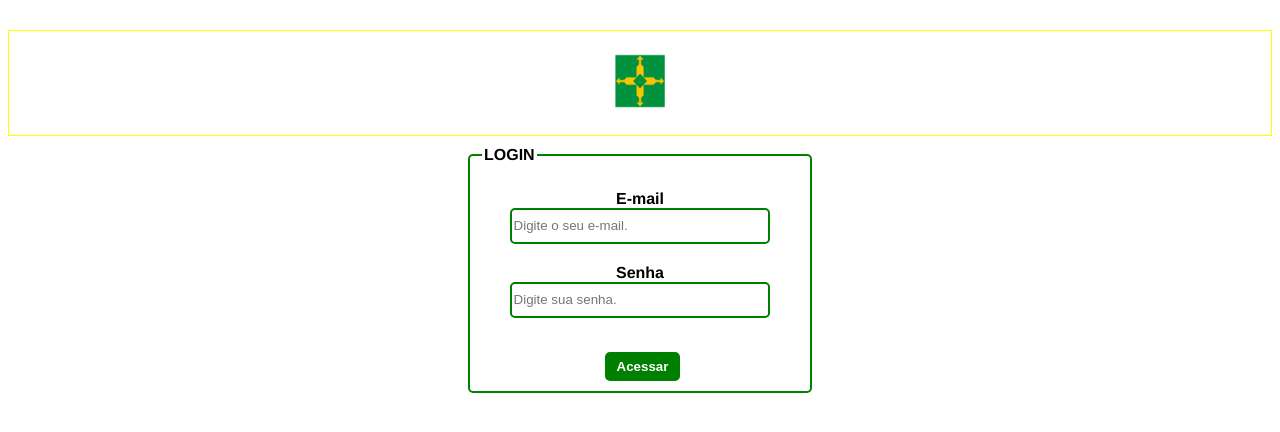
Repository: eduardo-r-jesus/Projeto_Centro_Cirurgico
Page: http://localhost/centro_cirurgico_web/formLogin.jsp
An editor plug-in stored every save of this project. The page is shown before and after the next save, followed by the edit.
The browser window is 1280 px wide. The pictures show the whole page.
The page is served by Tomcat 9. Other server files are loaded and not shown.

Above is the page before, as saved 2021-09-05 20:48:45.

### centro_cirurgico_web/src/main/webapp/formLogin.jsp
<%@ page language="java" contentType="text/html; charset=UTF-8"
	pageEncoding="UTF-8"%>
<!DOCTYPE html>
<html>
<head>
<meta charset="UTF-8">
<title>Login</title>
<meta name="viewport" content="width=device-width, initial-scale=1">

<link rel="stylesheet" href="css/estilo.css">
</head>
<body>
	<div class="imag">
	<img src="img/Bandeira_do_Distrito_Federal_Brasil.png" alt="Bandeira do Distrito Federal" height="100px">
	</div>



	<div class="container">
		<fieldset>
			<legend>LOGIN</legend>
			<form action="loginservlet" method="post">

			<div class="texto">
			<label for="email">E-mail</label>
			<input type="email" class="larguraTexto" id="email" name="email" autocomplete="off"
				required="required" placeholder="Digite o seu e-mail.">
			</div>
			<div class="texto">
			<label for="senha">Senha</label>
			<input type="password"class="larguraTexto" id="senha" name="senha"
			required="required" placeholder="Digite sua senha.">
			</div>

			<div class="centro">
			<input type="submit" class="bt" value="Acessar">
			</div>

			</form>
		</fieldset>

		<%
		String erro = request.getParameter("erro");
		if(erro != null){
		%>

		<script type="text/javascript">

		alert("E-mail ou senha não encontrados!");

		</script>

		<%
		}
		%>

	</div>

</body>
</html>

### centro_cirurgico_web/src/main/webapp/css/estilo.css

fieldset{
    width: 25%;
    height: 100%;
    margin: auto;
    border: 2px solid green;
    border-radius: 5px;
    margin-top: 10px;
}

legend{
   font-family: Helvetica, sans-serif;
   font-size: 16px;
   font-weight: bold;
}

.texto{
   margin-top: 20px;
   margin-bottom:10px;
   text-align: center;
   font-family: Helvetica, sans-serif;
   font-size: 16px;
   font-weight: bold;
}

input[type=email], input[type=password]{
    border: 2px solid green;
    border-radius: 5px;
}

input[type=email]:focus, input[type=password]:focus{
    background-color: #ffef01;
    border: 2px solid green;
}

.larguraTexto{
	height: 30px;
    display: block;
    width: 80%;
    margin: auto;
    margin-bottom: 10px;

}

.centro{
	text-align: center;
	margin-top: 30px;
}

.imag{
	text-align: center;
	margin-top: 30px;
	border: solid 1px;
	color:yellow;
}

.bt{
    border: 2px solid green;
    border-radius: 5px;
    background-color: green;
    color: #FFF;
    padding: 5px 10px;
    font-weight: bold;
    text-decoration: none;
    margin-top: 4px;
    margin-left: 5px;
}

.bt:hover{
    background-color: #FFF;
    color: green;
    cursor: pointer;
}

 ul{
    background-color: green;
    list-style-type: none;
    margin: 0;
    padding: 0;
    overflow: hidden;
}

li{
    float: left;
}

li a {
	display: inline-block;
    color:#FFF;
    padding: 16px;
    display: block;
    text-align: center;
    text-decoration: none;
}

li a:hover{
    background-color: yellow;
    color:#FFF;
    text-decoration: none;
}

After the next save:
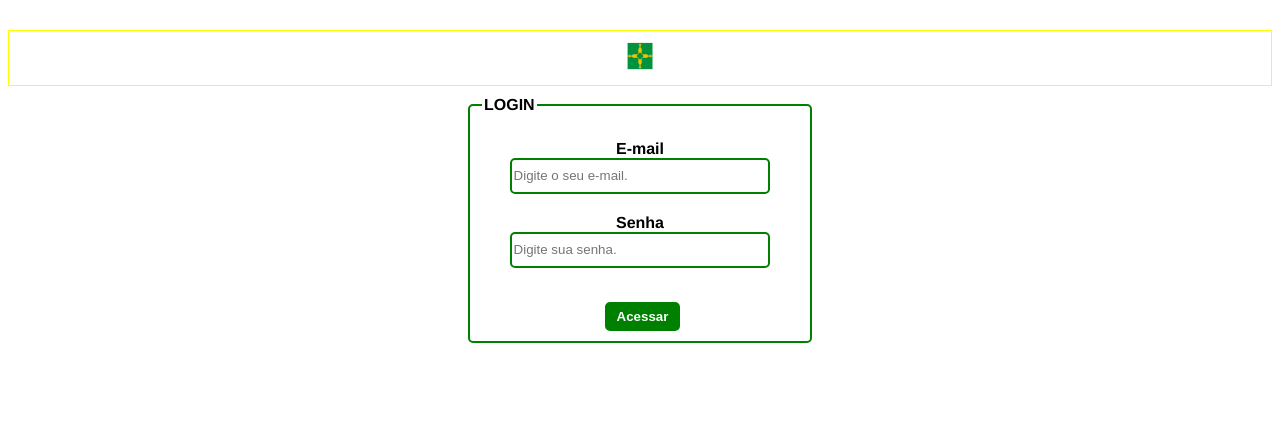
Saved 6 min 8 s later.
--- a/centro_cirurgico_web/src/main/webapp/formLogin.jsp
+++ b/centro_cirurgico_web/src/main/webapp/formLogin.jsp
@@ -11,7 +11,7 @@
 </head>
 <body>
 	<div class="imag">
-	<img src="img/Bandeira_do_Distrito_Federal_Brasil.png" alt="Bandeira do Distrito Federal" height="100px">
+	<img src="img/Bandeira_do_Distrito_Federal_Brasil.png" alt="Bandeira do Distrito Federal" height="50px ">
 	</div>
 
 
